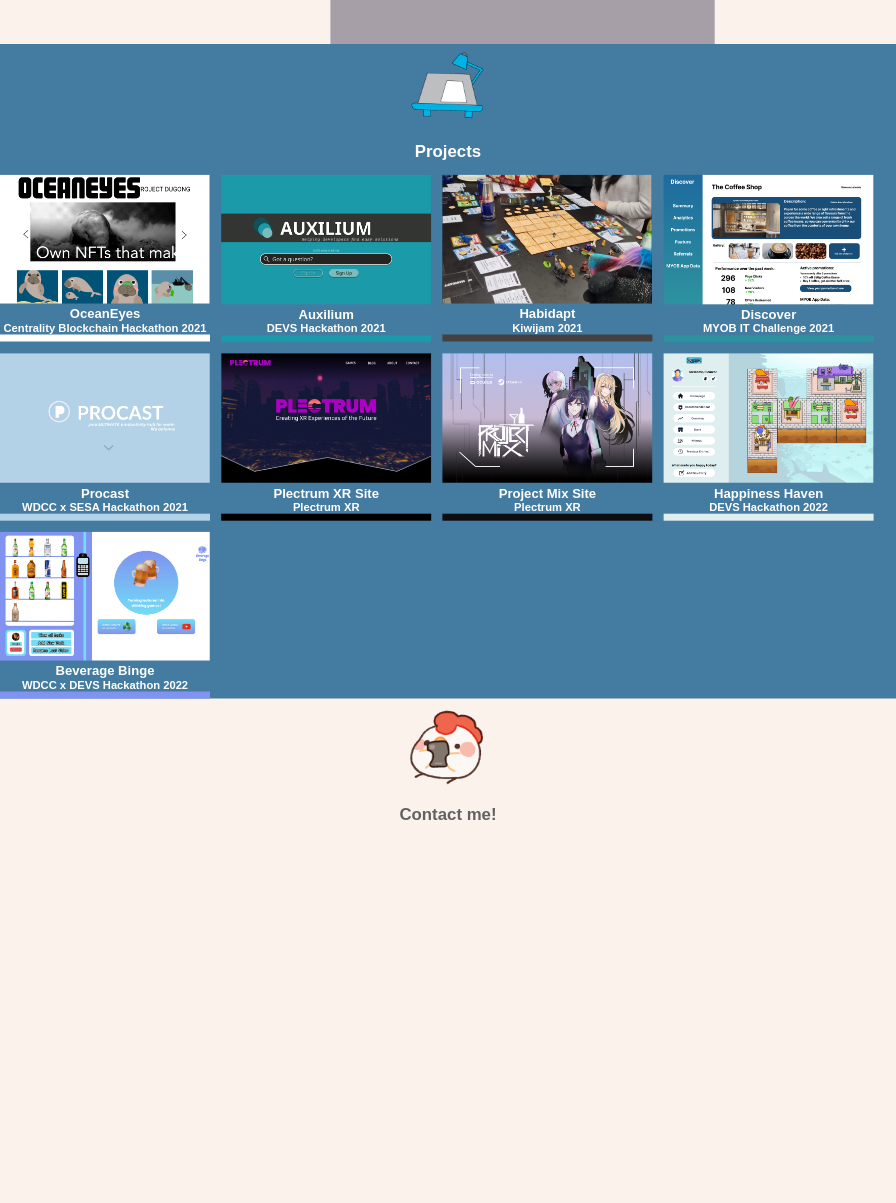
Repository: lukisoo/lukisoo-portfolio
Page: /
These files come from the project's save history. The page is drawn as it stood at one moment and after a run of saves; the edit follows.
The browser window is 1280 px wide. The pictures show the part of the page from y = 1377 to 3297 px (the page is 3095 px tall before and 5128 px after), at 70% of full size.
The project was rebuilt for these pictures with package versions that can differ from the ones it lists, and the page was loaded fresh each time.

Above is the page before, as saved 2022-07-31 17:54:47.

After the next 3 saves:
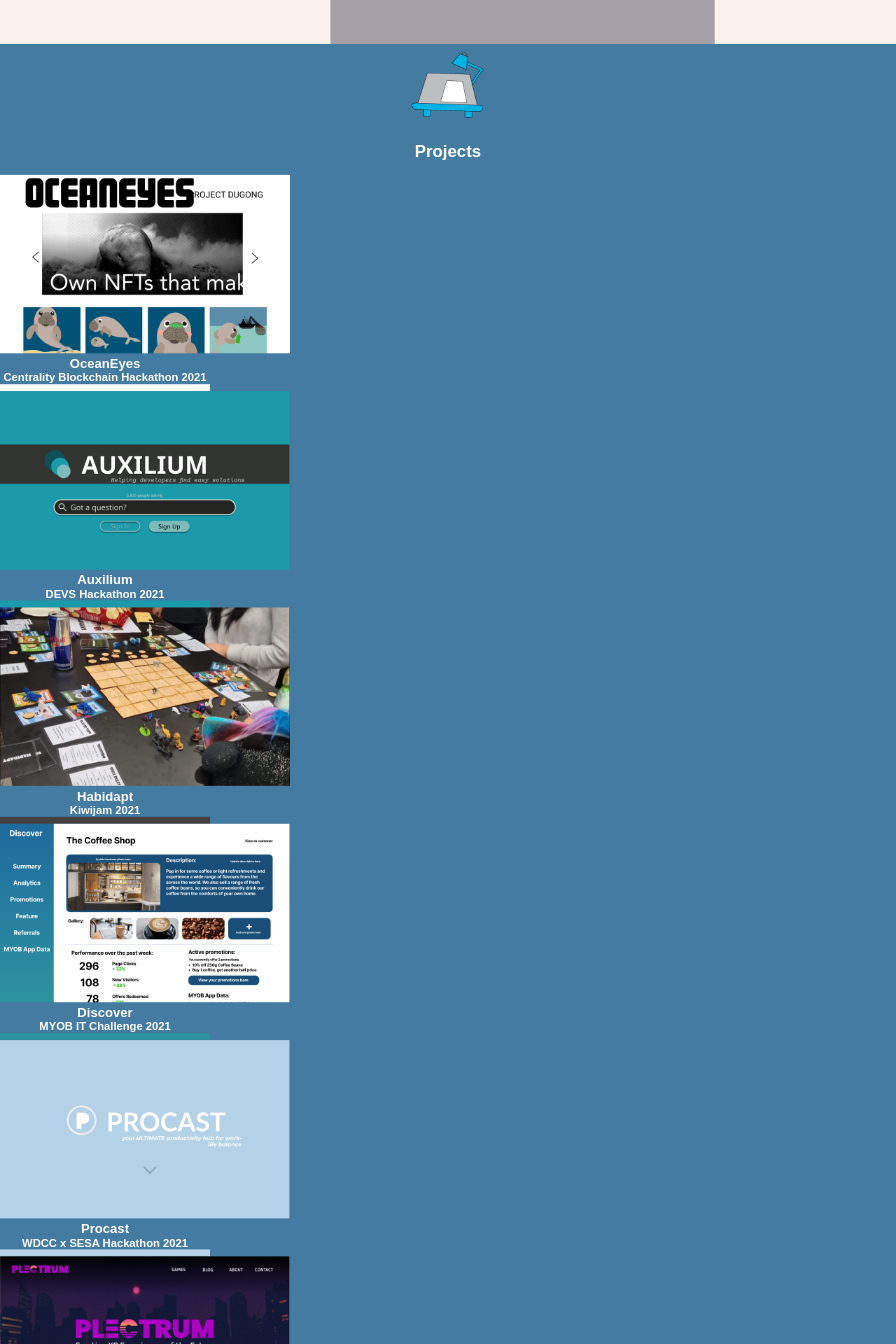
The 3 saves are shown as one change because 1 did not build or start and some came seconds apart.
The last was saved 59 s later.
--- a/src/App.js
+++ b/src/App.js
@@ -197,23 +197,25 @@
           <img src={Projects} className="projects-gif" alt="Projects" />
           <h1>Projects</h1>
           <Grid container spacing={2}>
-            {ProjectsData.map((Project, i) => (
-              <Grid item xs={6} md={4}>
-                <div className="project-box">
-                  <img
-                    src={Project.header}
-                    className="project-header-image"
-                    alt={Project.title}
-                  />
-                  <h3>{Project.title}</h3>
-                  <h4>{Project.affiliation}</h4>
-                  <div
-                    className="project-bottom-bar"
-                    style={{ backgroundColor: Project.color }}
-                  ></div>
-                </div>
-              </Grid>
-            ))}
+            <div className="all-projects">
+              {ProjectsData.map((Project, i) => (
+                <Grid item xs={6} md={4}>
+                  <div className="project-box">
+                    <img
+                      src={Project.header}
+                      className="project-header-images"
+                      alt={Project.title}
+                    />
+                    <h3>{Project.title}</h3>
+                    <h4>{Project.affiliation}</h4>
+                    <div
+                      className="project-bottom-bar"
+                      style={{ backgroundColor: Project.color }}
+                    ></div>
+                  </div>
+                </Grid>
+              ))}
+            </div>
           </Grid>
         </div>
       </section>
